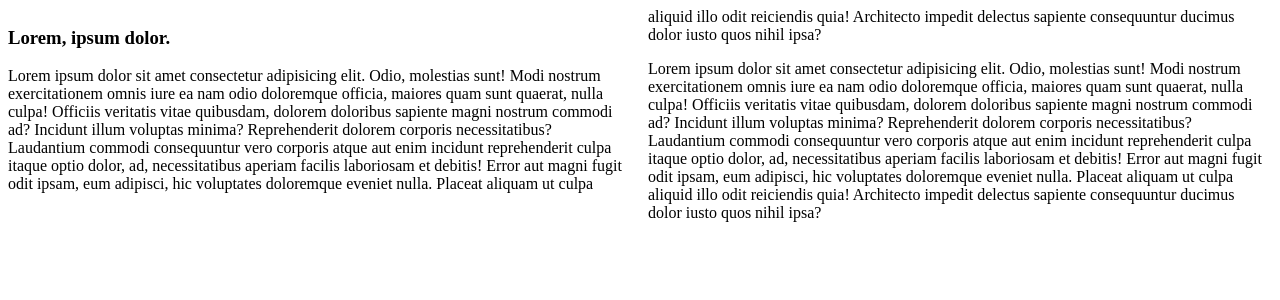
Repository: dinhhaidh/slider-book
Page: index.html
These files come from the project's save history. The page is drawn as it stood at one moment and after a run of saves; the edit follows.
The browser window is 1280 px wide. The pictures show the whole page.

Above is the page before, as saved 2024-01-15 09:14:47.

### index.html
<!DOCTYPE html>
<html lang="en">
<head>
    <meta charset="UTF-8">
    <meta name="viewport" content="width=device-width, initial-scale=1.0">
    <title>Document</title>
</head>
<style>
    .content{
        columns: 200px 2;


    }
</style>
<body>
    <div class="content">
        <h3 class="title">Lorem, ipsum dolor.</h3>
        <p>Lorem ipsum dolor sit amet consectetur adipisicing elit. Odio, molestias sunt! Modi nostrum exercitationem omnis iure ea nam odio doloremque officia, maiores quam sunt quaerat, nulla culpa! Officiis veritatis vitae quibusdam, dolorem doloribus sapiente magni nostrum commodi ad? Incidunt illum voluptas minima? Reprehenderit dolorem corporis necessitatibus? Laudantium commodi consequuntur vero corporis atque aut enim incidunt reprehenderit culpa itaque optio dolor, ad, necessitatibus aperiam facilis laboriosam et debitis! Error aut magni fugit odit ipsam, eum adipisci, hic voluptates doloremque eveniet nulla. Placeat aliquam ut culpa aliquid illo odit reiciendis quia! Architecto impedit delectus sapiente consequuntur ducimus dolor iusto quos nihil ipsa?</p>
        <div class="content-wp">
            <p>Lorem ipsum dolor sit amet consectetur adipisicing elit. Odio, molestias sunt! Modi nostrum exercitationem omnis iure ea nam odio doloremque officia, maiores quam sunt quaerat, nulla culpa! Officiis veritatis vitae quibusdam, dolorem doloribus sapiente magni nostrum commodi ad? Incidunt illum voluptas minima? Reprehenderit dolorem corporis necessitatibus? Laudantium commodi consequuntur vero corporis atque aut enim incidunt reprehenderit culpa itaque optio dolor, ad, necessitatibus aperiam facilis laboriosam et debitis! Error aut magni fugit odit ipsam, eum adipisci, hic voluptates doloremque eveniet nulla. Placeat aliquam ut culpa aliquid illo odit reiciendis quia! Architecto impedit delectus sapiente consequuntur ducimus dolor iusto quos nihil ipsa?</p>
        </div>
    </div>
</body>
</html>

After the next 4 saves:
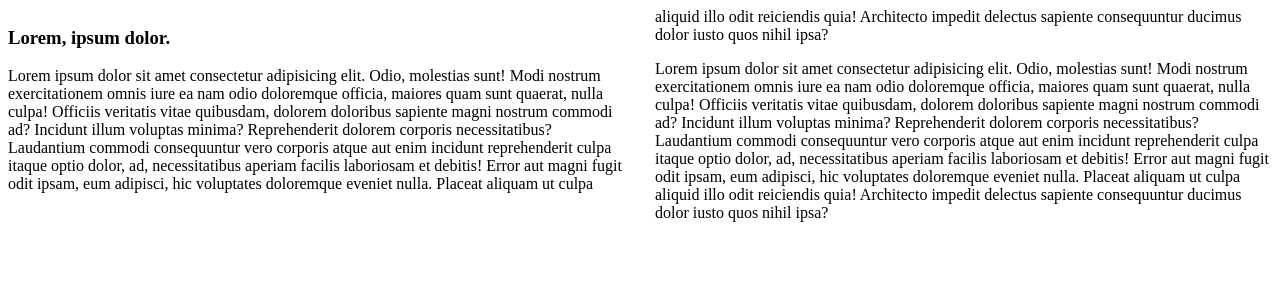
The 4 saves are shown as one change because they came seconds apart.
The last was saved 15 s later.
--- a/index.html
+++ b/index.html
@@ -8,7 +8,8 @@
 <style>
     .content{
         columns: 200px 2;
-
+        column-gap: 30px;
+        padding
 
     }
 </style>
